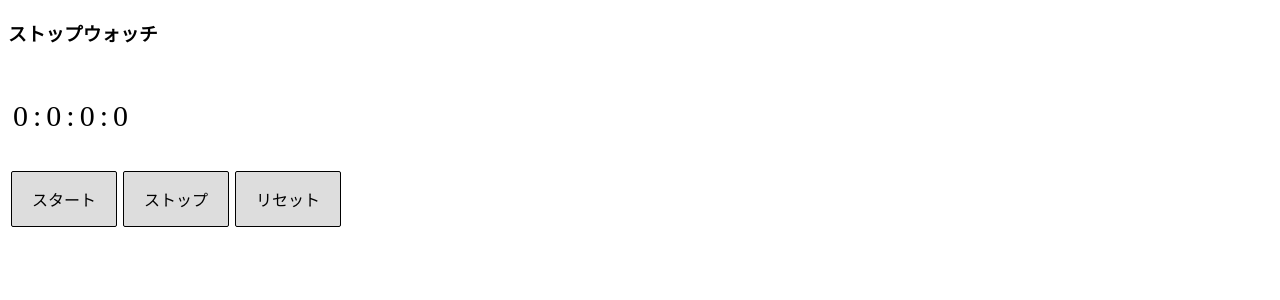
Repository: masa-rock/kadai_jquery_1
Page: index.html
The author's editor kept a record of every edit. The page is drawn from the files as they stood at one moment, then again after the next edit.
The browser window is 1280 px wide. The pictures show the whole page.
Some web libraries are served in a nearby version.

Above is the page before.

After the next edit:
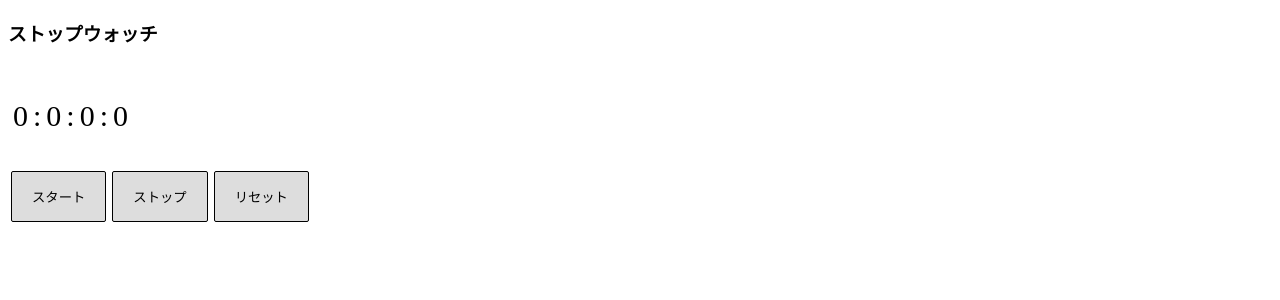
The edit:
--- a/index.html
+++ b/index.html
@@ -20,9 +20,9 @@
         </div>
 
         <div class="btn-group">
-          <div class="btn btn-start">スタート</div>
-          <div class="btn btn-stop">ストップ</div>
-          <div class="btn btn-reset">リセット</div>
+          <button class="btn btn-start">スタート</button>
+          <button class="btn btn-stop">ストップ</button>
+          <button class="btn btn-reset">リセット</button>
         </div>
 
         <script src="main.js"></script>
